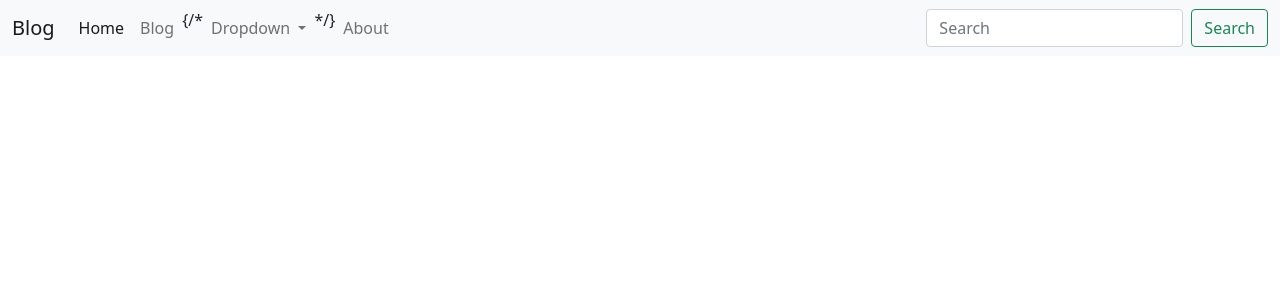
Repository: syni18/bootstrap_blog
Page: index.html
The author's editor kept a copy of each file at every save. The page is drawn from the files as they stood at one save, then again after a run of saves.
The browser window is 1280 px wide. The pictures show the whole page.

Above is the page before, as saved 2023-10-25 20:32:07.

After the next 3 saves:
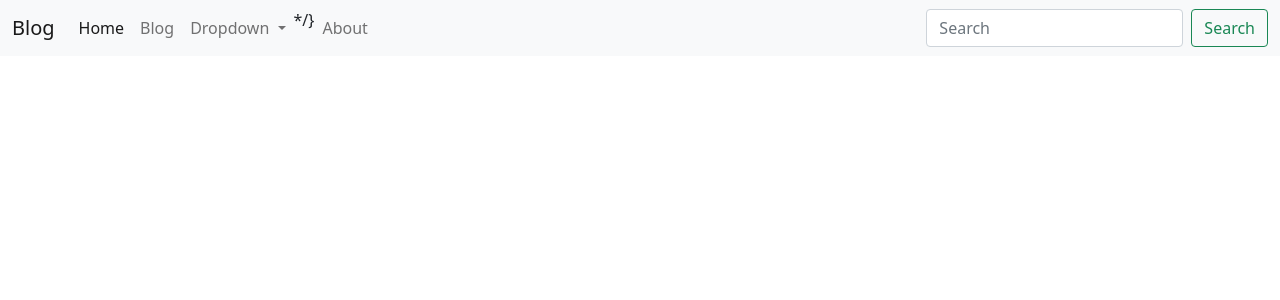
The 3 saves are shown as one change because they came seconds apart.
The last was saved 32 s later.
--- a/index.html
+++ b/index.html
@@ -36,7 +36,7 @@
                 Blog
               </a>
             </li>
-            {/* <li class="nav-item dropdown">
+            <li class="nav-item dropdown">
               <a
                 class="nav-link dropdown-toggle"
                 href="#"
